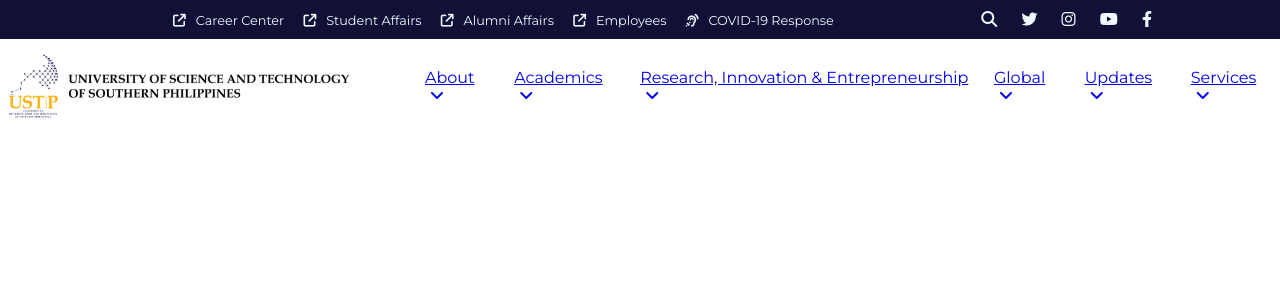
Repository: Joy5345/Colis-MidTerm_PIT
Page: index.html
These files come from the project's save history. The page is drawn as it stood at one moment and after the next save; the edit follows.
The browser window is 1280 px wide. The pictures show the whole page.

Above is the page before, as saved 2023-07-29 16:39:39.

### index.html
<!DOCTYPE html>
<html lang="en">
<head>
    <meta charset="UTF-8">
    <meta name="viewport" content="width=device-width, initial-scale=1.0">
    <link rel="stylesheet" href="css/style.css">
    <link rel="stylesheet" href="https://cdnjs.cloudflare.com/ajax/libs/font-awesome/6.4.0/css/all.min.css" integrity="sha512-iecdLmaskl7CVkqkXNQ/ZH/XLlvWZOJyj7Yy7tcenmpD1ypASozpmT/E0iPtmFIB46ZmdtAc9eNBvH0H/ZpiBw==" crossorigin="anonymous" referrerpolicy="no-referrer" />
    <link rel="preconnect" href="https://fonts.googleapis.com">
    <link rel="preconnect" href="https://fonts.gstatic.com" crossorigin>
    <link href="https://fonts.googleapis.com/css2?family=Montserrat:wght@100;200;300;400&display=swap" rel="stylesheet">
    <title>USTP</title>

</head>
<body>
    <div class="main1">
        <div class="nav-menu1">
            <nav>
                <ul>
                    <li><a href="#"><i class="fa-solid fa-arrow-up-right-from-square"></i>Career Center</a></li>
                    <li><a href="#"><i class="fa-solid fa-arrow-up-right-from-square"></i>Student Affairs</a></li>
                    <li><a href="#"><i class="fa-solid fa-arrow-up-right-from-square"></i>Alumni Affairs</a></li>
                    <li><a href="#"><i class="fa-solid fa-arrow-up-right-from-square"></i>Employees</a></li>
                    <li><a href="#"><i class="fa-solid fa-ear-listen"></i>COVID-19 Response</a></li>
                </ul>
            </nav>

            <div class="nav-icon">
                <a href="#"><i class="fa-solid fa-magnifying-glass"></i></a>
                <a href="#"><i class="fa-brands fa-twitter"></i></a>
                <a href="#"><i class="fa-brands fa-instagram"></i></a>
                <a href="#"><i class="fa-brands fa-youtube"></i></a>
                <a href="#"><i class="fa-brands fa-facebook-f"></i></a>
            </div>
        </div>
    </div>

    <div class="nav-menu2">
        <div class="container1">
            <nav>
                <div class="logo1">
                    <img src="images/USTP logo.png" alt="USTP" class="Univ">
                </div>
            </nav>


            <div class="nav-services">
                    <ul>
                        <li><a href="#">About <i class="fa-solid fa-angle-down"></i></a></li>
                        <li><a href="#">Academics <i class="fa-solid fa-angle-down"></i></a></li>
                        <li><a href="#">Research, Innovation & Entrepreneurship <i class="fa-solid fa-angle-down"></i></a></li>
                        <li><a href="#">Global <i class="fa-solid fa-angle-down"></i></a></li>
                        <li><a href="#">Updates <i class="fa-solid fa-angle-down"></i></a></li>
                        <li><a href="#">Services <i class="fa-solid fa-angle-down"></i></a></li>
                    </ul>

            </div>

        </div>
    </div>
</body>
</html>

### css/style.css
*{
    font-family: Montserrat;
    box-sizing: border-box;
    margin: 0 0;
}
.main1{
    display: flex;
    background-color: rgb(17, 17, 56);
    color: aliceblue;
    width: 100%;
    justify-content: center;
    padding-top: 10px;
    padding-bottom: 10px;

}
.nav-menu1{
    width: 80%;
    background-color: rgb(17, 17, 56);
    display: flex;
    align-items: center;
    justify-content: space-between;
}
nav ul{
    list-style: none;
}
nav ul li{
   display: inline-flex;
   list-style: none;
}
nav ul li a{
    margin-right: 10px;
    color: aliceblue;
    font-size: .8rem;
    text-decoration: none;
}
nav ul li a i{
    margin-right: 10px;
}
.fa-solid{
    margin-left: 5px;
}
.nav-icon i{
    margin-left: 20px;
    color: aliceblue;
}
.fa-magnifying-glass{
    color: aliceblue;
    font-size: 1rem;
    font-weight: bolder;
}
.nav ul li a:hover{
    color:gold;
}
.nav-icon i:hover{
    color: gold;
}

.nav-menu2{
    background-color: #fff;
    padding: 5px;
    display: flex;
    align-items: center;
    justify-content: space-between;
}

.container1 {
    display: flex;
    align-items: center;
}

.Univ{
    width: 350px;
    margin-right: 10px;
}

.nav-services ul {
    display: flex;
    margin-left: auto;
    align-items:end;
    text-decoration: none;
}

.nav-services > ul li {
    display: inline-flex;
    margin-left: 20px;
    list-style: none;
}

After the next save:
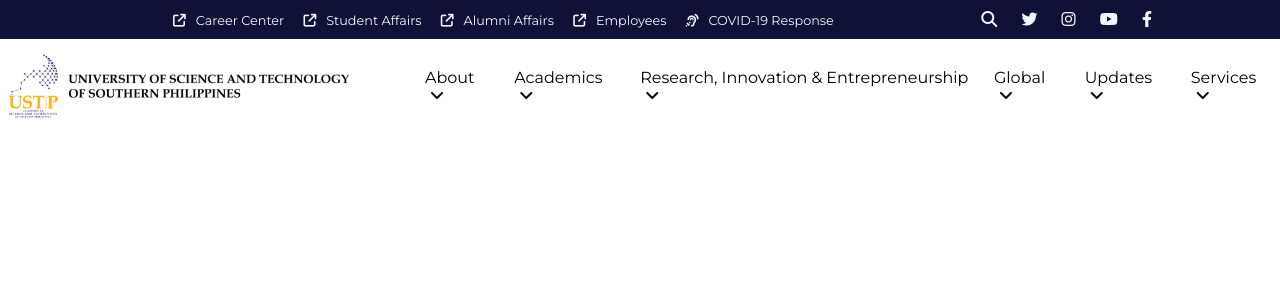
Saved 84 s later.
--- a/css/style.css
+++ b/css/style.css
@@ -85,3 +85,9 @@
     margin-left: 20px;
     list-style: none;
 }
+
+.nav-services > ul li a {
+    text-decoration: none;
+    color:black;
+    transition: .3s;
+}
